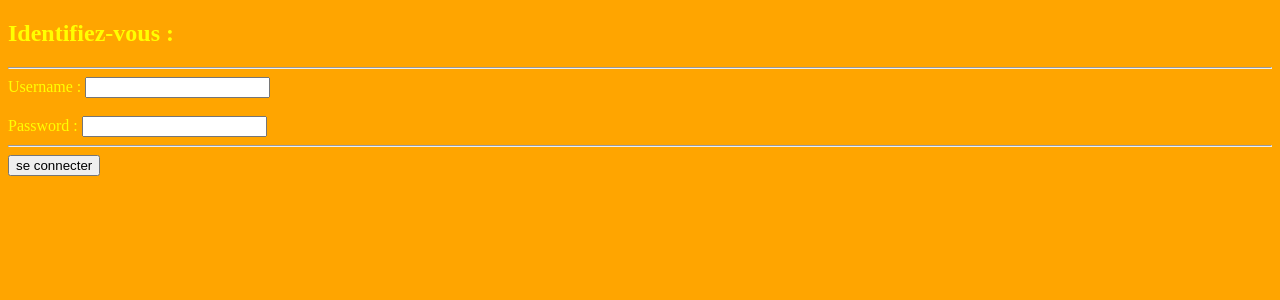
Repository: Chakir-Manale/GI_ENSAO
Page: GI4/S1/JEE/WorkSpace/TP2/WebContent/Identification.html
An editor plug-in stored every save of this project. The page is shown before and after the next save, followed by the edit.
The browser window is 1280 px wide. The pictures show the whole page.

Above is the page before, as saved 2018-10-20 17:18:27.

### GI4/S1/JEE/WorkSpace/TP2/WebContent/Identification.html
<!DOCTYPE html>
<html>
<head>
<meta charset="ISO-8859-1">
<title>TP2 Servlet</title>
</head>
<body>
<style>
		body {
			background: orange;
			 color: yellow
		}

		.form-container > form > div{
			margin: 1rem 0;
		}
	</style>
</head>
<body>
<h2 style ="color:yellow">Identifiez-vous : </h2>
<hr>
<div id="infos">
<form action="ident" method="get">
Username :
    <input type="text" name="username"/>
<br><br>
Password :
      <input type="text" name="password"/>
<hr>
<button type="submit" id="send">se connecter</button>


</form>
</div>

</body>
</html>

After the next save:
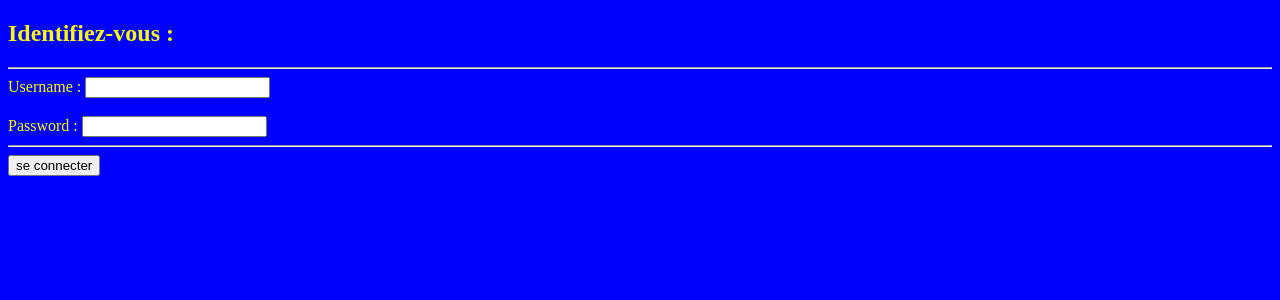
Saved 7 s later.
--- a/GI4/S1/JEE/WorkSpace/TP2/WebContent/Identification.html
+++ b/GI4/S1/JEE/WorkSpace/TP2/WebContent/Identification.html
@@ -7,7 +7,7 @@
 <body>
 <style>
 		body {
-			background: orange;
+			background: blue;
 			 color: yellow
 		}
 
